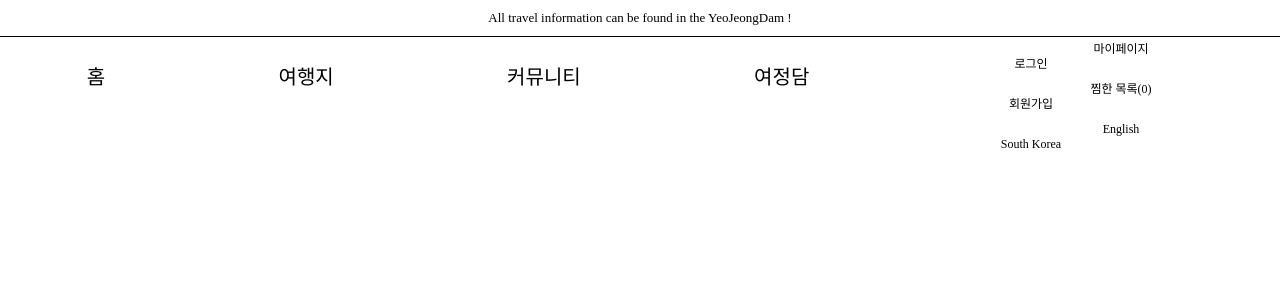
Repository: gaeunlee95/semi
Page: http://localhost/semi/main.jsp
The author's editor kept a copy of each file at every save. The page is drawn from the files as they stood at one save, then again after a run of saves.
The browser window is 1280 px wide. The pictures show the whole page.
The page is served by Tomcat 9.

Above is the page before, as saved 2023-12-06 17:56:28.

After the next 2 saves:
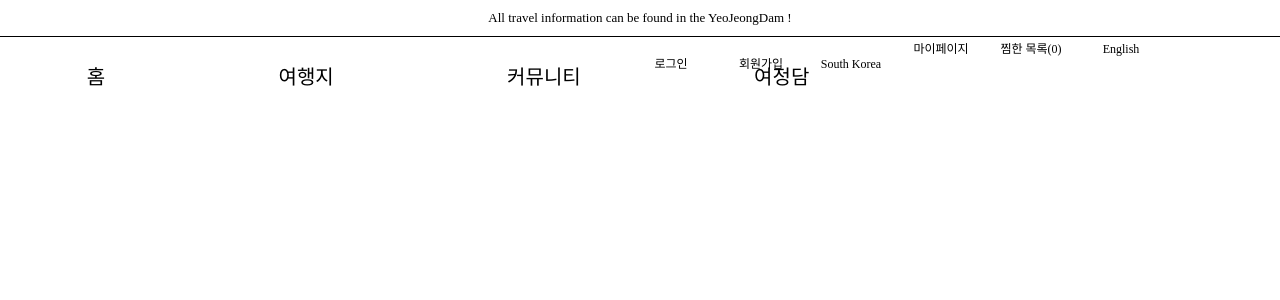
The 2 saves are shown as one change because they came seconds apart.
The last was saved 57 s later.
--- a/semi/src/main/webapp/resources/css/style.css
+++ b/semi/src/main/webapp/resources/css/style.css
@@ -46,8 +46,8 @@ header #sideMenu{
 }
 header #sideMenu ul{
 	line-height: 25px;
-	/*display: flex;
-	justify-content: flex-end;*/
+	display: flex;
+	/*justify-content: flex-end;*/
 }
 header #sideMenu li{
 	font-size: 12px;
